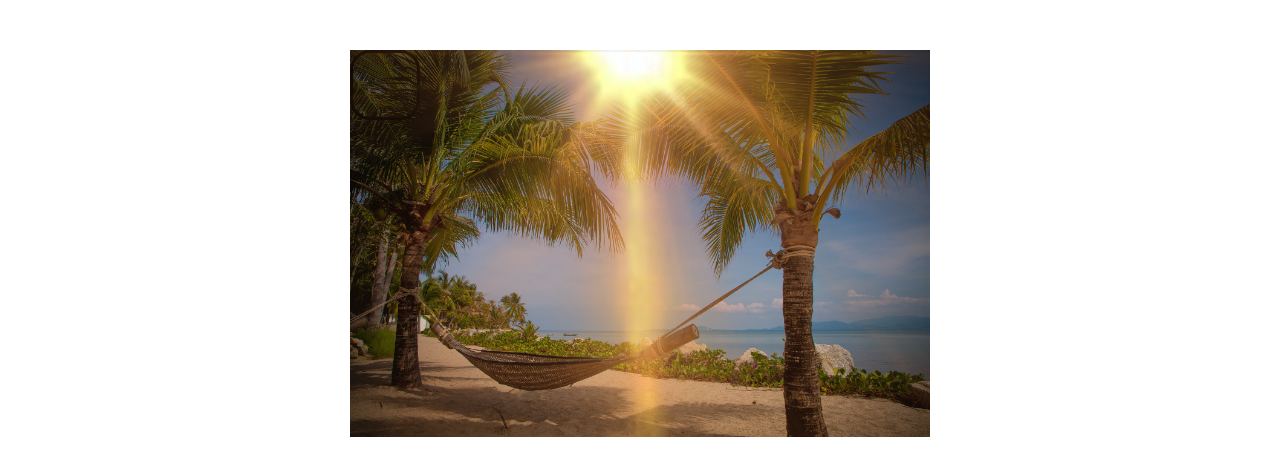
Repository: NadiaSchmitz/wetter.githab.io
Page: index.html
The author's editor kept a record of every edit. The page is drawn from the files as they stood at one moment, then again after the next edit.
The browser window is 1280 px wide. The pictures show the whole page.

Above is the page before.

After the next edit:
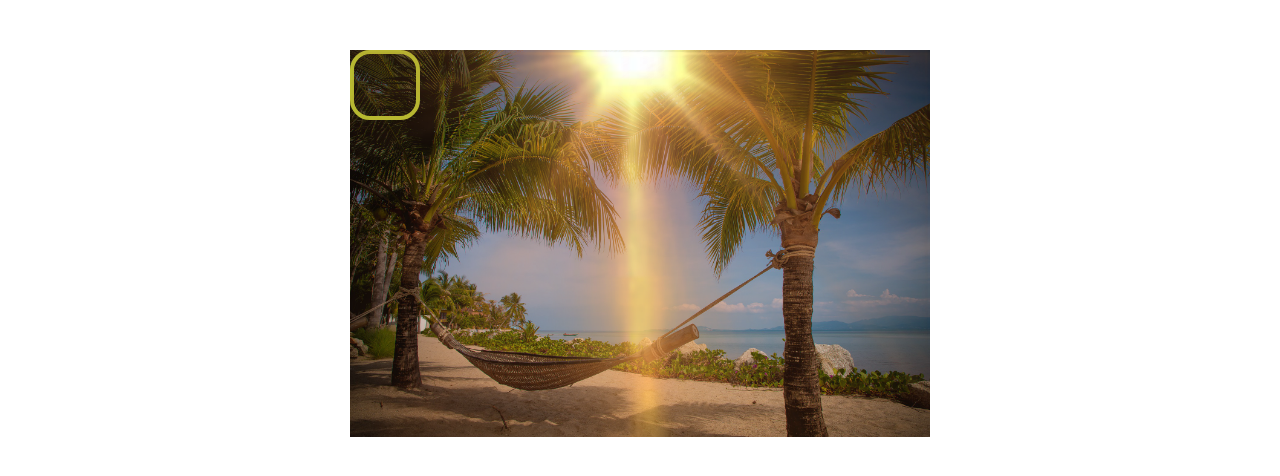
The edit:
--- a/styles/style.css
+++ b/styles/style.css
@@ -27,7 +27,7 @@
   height: 70px;
   border-radius: 20px;
   border-width: 3px;
-  border-style: solid;
+  border: 4px solid #cddc39;
 }
 
 .status_temperature {
